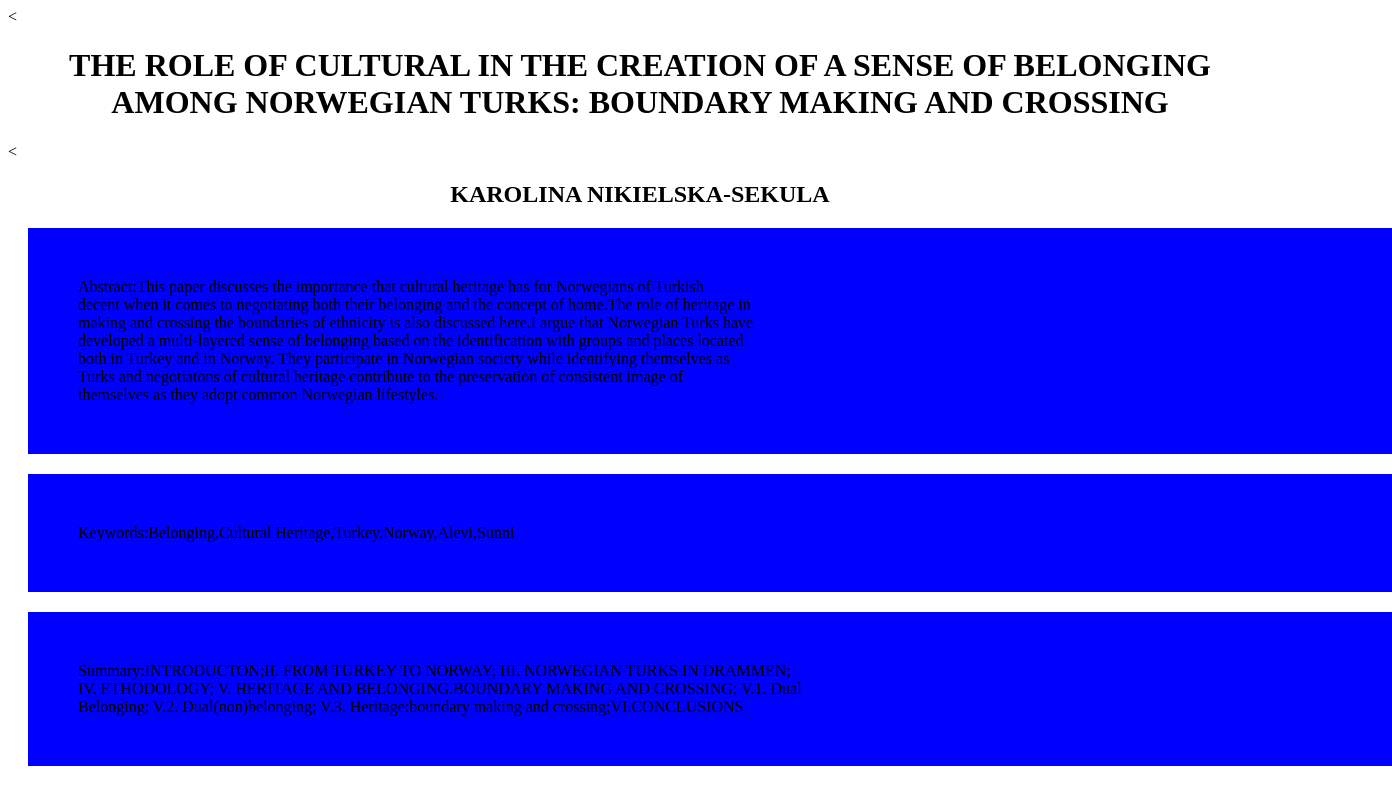
Repository: Pholi658/HTML-Task1
Page: Task2.html/No2.html
The author's editor kept a copy of each file at every save. The page is drawn from the files as they stood at one save, then again after the next save.
The browser window is 1280 px wide. The page is 1392 px wide, so the pictures cover 1392 px, including what lies to the right of the window. The pictures show the whole page.

Above is the page before, as saved 2024-10-17 14:28:48.

### Task2.html/No2.html
<!Doctype html>
<html lang=en>
< <head>
    <title>no2 task</title>
    <style>
        h1,
        h2 {
            text-align: center;
        }

        p {
            background-color: blue;
            width: 100%;
            border: 15px beige;
            padding: 50px;
            margin: 20px;

        }
    </style>
    </head>

    <body>
        <h1>THE ROLE OF CULTURAL IN THE CREATION OF A
            SENSE OF BELONGING AMONG NORWEGIAN TURKS:
            BOUNDARY MAKING AND CROSSING
        </h1>
        <<h2>KAROLINA NIKIELSKA-SEKULA</h2>
            <p>Abstract:This paper discusses the importance that cultural heritage has for Norwegians of Turkish<br>
                decent when it comes to negotiating both their belonging and the concept of home.The role of heritage
                in<br>
                making and crossing the boundaries of ethnicity is also discussed here.I argue that Norwegian Turks
                have<br>
                developed a multi-layered sense of belonging based on the identification with groups and places
                located<br>
                both in Turkey and in Norway. They participate in Norwegian society while identifying themselves as<br>
                Turks and negotiatons of cultural heritage contribute to the preservation of consistent image of<br>
                themselves as they adopt common Norwegian lifestyles.</p>
            <p>Keywords:Belonging,Cultural Heritage,Turkey,Norway,Alevi,Sunni</p>
            <p>Summary:INTRODUCTON;II. FROM TURKEY TO NORWAY; III. NORWEGIAN TURKS IN DRAMMEN;<br>IV. ETHODOLOGY; V.
                HERITAGE
                AND BELONGING.BOUNDARY MAKING AND CROSSING; V.1. Dual<br>Belonging; V.2. Dual(non)belonging; V.3.
                Heritage:boundary making and crossing;VI.CONCLUSIONS</p>
    </body>

</html>

After the next save:
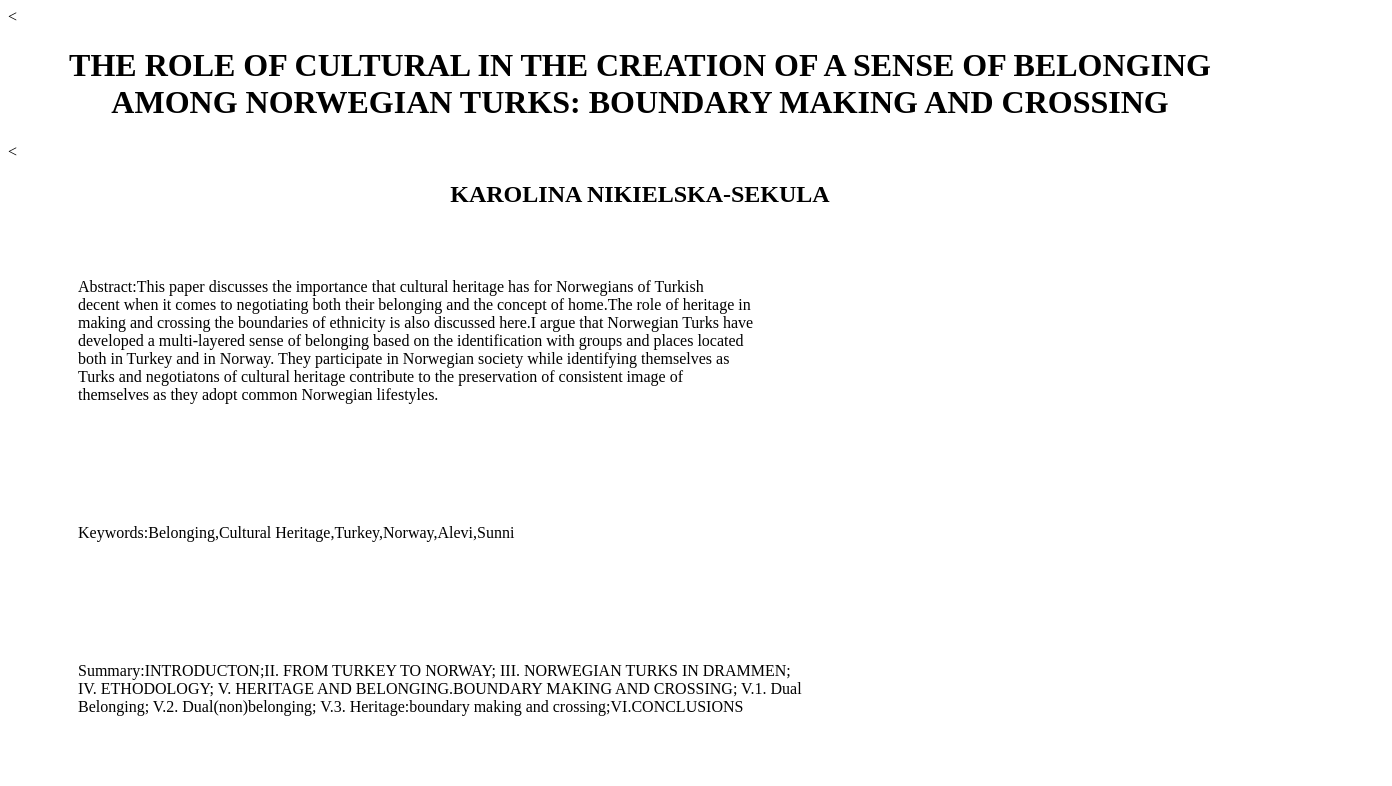
Saved 2 min 0 s later.
--- a/Task2.html/No2.html
+++ b/Task2.html/No2.html
@@ -9,7 +9,7 @@
         }
 
         p {
-            background-color: blue;
+
             width: 100%;
             border: 15px beige;
             padding: 50px;
